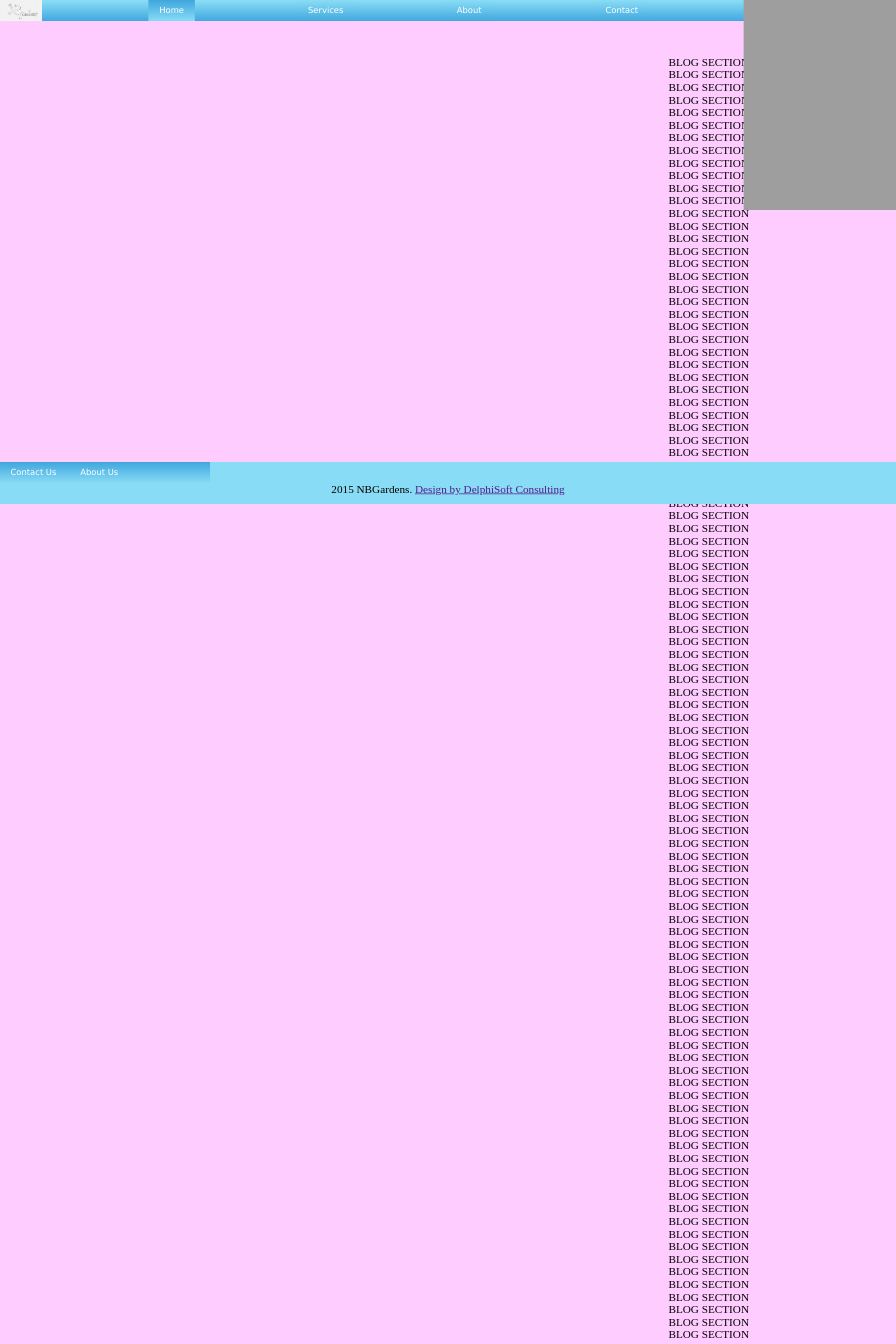
Repository: GAndrews13/BlueGardens
Page: BlueGardensEESystem/src/main/webapp/templates/template.html
The author's editor kept a copy of each file at every save. The page is drawn from the files as they stood at one save, then again after the next save.
The browser window is 1280 px wide. The pictures show the part of the page from y = 0 to 1920 px (the page is 2852 px tall), at 70% of full size.
Pictures or frames that could not be fetched are drawn as grey boxes.

Above is the page before, as saved 2015-07-21 14:12:35.

After the next save:
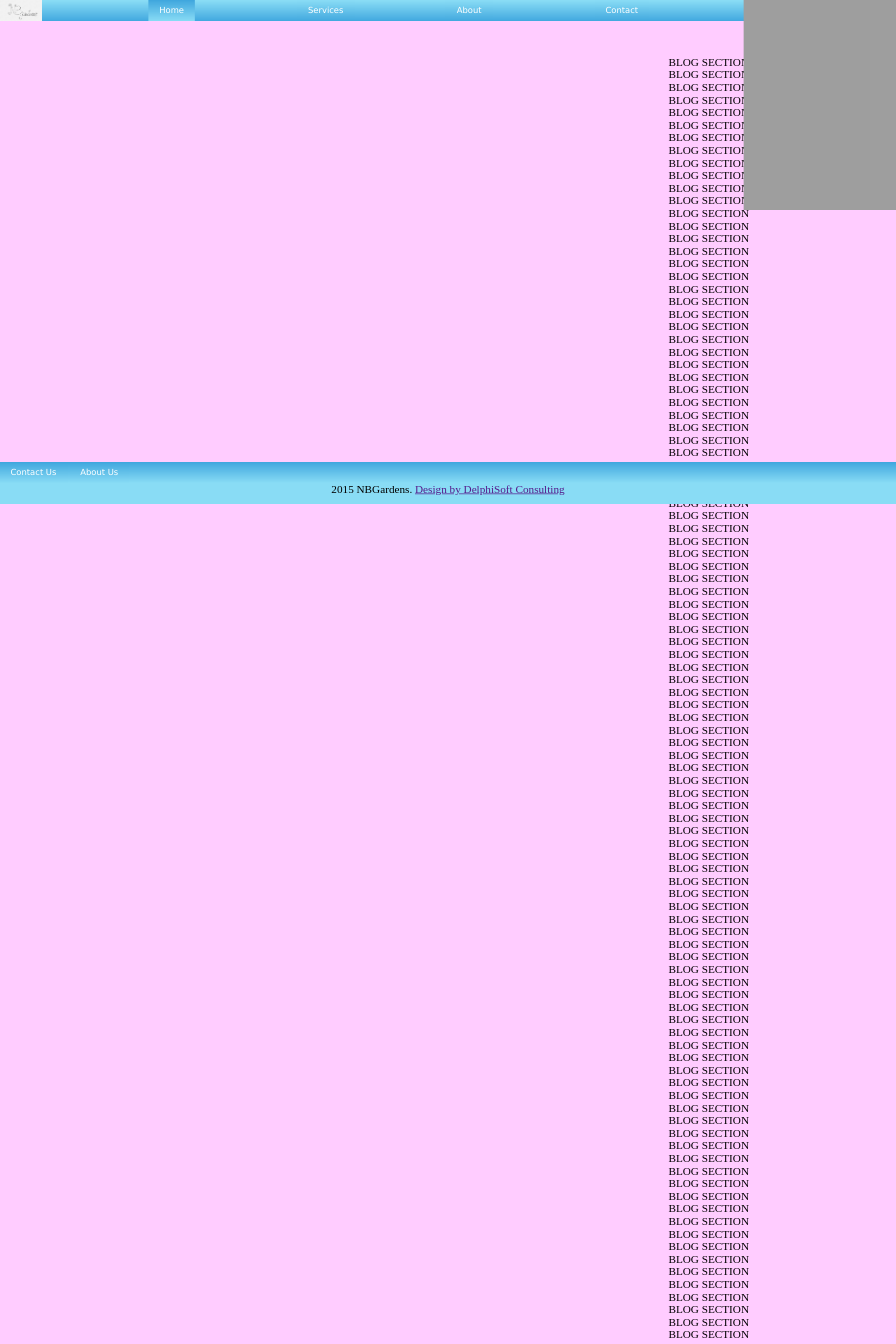
Saved 9 s later.
--- a/BlueGardensEESystem/src/main/webapp/style.css
+++ b/BlueGardensEESystem/src/main/webapp/style.css
@@ -12,7 +12,7 @@
 
 /* Generated via www.cssmenubuilder.com */
 
-.bottommenu{margin-bottom:875px auto; padding:0; height:30px; width:100%; display:block; background:url('bottomMenuImages.png') repeat-x; magin:0 auto; width:300px;}
+.bottommenu{margin-bottom:875px auto; padding:0; height:30px; width:100%; display:block; background:url('bottomMenuImages.png') repeat-x; magin:0 auto; width:100%;}
 .bottommenu li{padding:0; margin:0; list-style:none; display:inline-block;}
 .bottommenu li a{float:left; padding-left:15px; display:inline-block; color:rgb(255,255,255); text-decoration:none; font:12px Verdana, Arial, Helvetica, sans-serif; cursor:pointer; background:url('bottomMenuImages.png') 0px -30px no-repeat;}
 .bottommenu li a span{line-height:30px; float:left; display:block; padding-right:15px; background:url('bottomMenuImages.png') 100% -30px no-repeat;}
